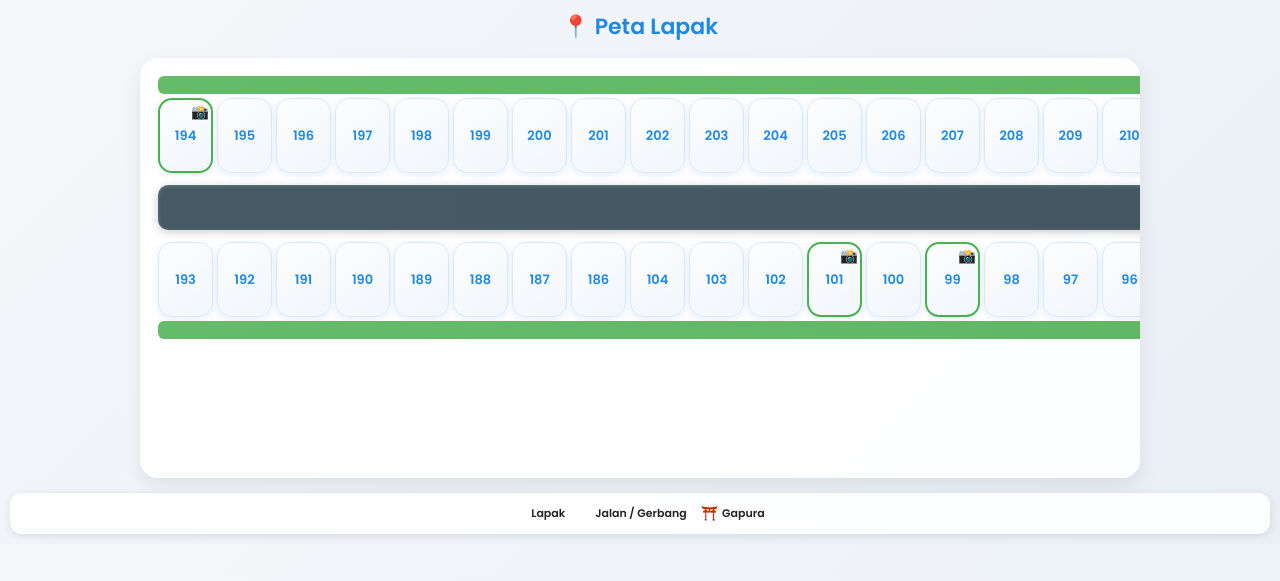
Repository: pasarrakyatbak/denah
Page: index.html
An editor plug-in stored every save of this project. The page is shown before and after a run of saves, followed by the edit.
The browser window is 1280 px wide. The pictures show the whole page.

Above is the page before, as saved 2025-09-20 10:51:44.

### index.html
<!DOCTYPE html>
<html lang="id">

<head>
    <meta charset="utf-8" />
    <meta name="viewport" content="width=device-width, initial-scale=1" />
    <title>Peta Lapak Modern</title>
    <link href="https://fonts.googleapis.com/css2?family=Poppins:wght@400;600&display=swap" rel="stylesheet">
    <link rel="stylesheet" href="style.css" />
</head>

<body>
    <h1>📍 Peta Lapak</h1>

    <!-- Tooltip -->
    <div class="tooltip" id="tooltip"></div>

    <!-- Grid Container -->
    <div class="scroll-container">
        <div class="h-inner">
            <!-- Rumput kiri -->
            <div class="rumput-wrapper">
                <div class="rumput"></div>
            </div>

            <!-- Lapak kanan (sekarang di atas jalan utama) -->
            <div class="row bottom" id="right-side"></div>
            <!-- Jalan utama -->
            <div class="road-wrapper">
                <div class="road">JALAN UTAMA</div>
            </div>

            <!-- Lapak kiri (sekarang di bawah jalan utama) -->
            <div class="row top" id="left-side"></div>

            <!-- Rumput kanan -->
            <div class="rumput-wrapper">
                <div class="rumput"></div>
            </div>
        </div>
    </div>
    <!-- Modal Foto -->
    <div id="photoModal" class="modal">
        <span class="modal-close" id="modalClose">&times;</span>
        <img class="modal-content" id="modalImg" />
        <div id="caption"></div>
    </div>

    <!-- Legend -->
    <div class="legend">
        <div>
            <div class="legend-color lapak-color"></div> Lapak
        </div>
        <div>
            <div class="legend-color jalan-color"></div> Jalan / Gerbang
        </div>
        <div>
            <div class="legend-icon">⛩️</div> Gapura
        </div>
    </div>
    </div>

    <script src="script.js"></script>
</body>

</html>

### style.css
/* Reset & Base */
* {
    margin: 0;
    padding: 0;
    box-sizing: border-box;
}

body {
    font-family: 'Poppins', sans-serif;
    background: linear-gradient(135deg, #f5f7fa, #e9eff5);
    color: #222;
    padding: 10px;
    text-align: center;
}

h1 {
    font-size: 22px;
    margin-bottom: 15px;
    color: #1e88e5;
    font-weight: 700;
}

/* Scroll container */
.scroll-container {
    width: 100%;
    max-width: 1000px;
    height: 420px;
    overflow: auto;
    background: rgba(255, 255, 255, 0.9);
    border-radius: 18px;
    padding: 18px;
    backdrop-filter: blur(8px);
    box-shadow: 0 8px 20px rgba(0, 0, 0, 0.08);
    margin: auto;
    transition: 0.3s ease;
}

.h-inner {
    display: flex;
    flex-direction: column;
    gap: 4px;
    min-width: max-content;
}

.row {
    display: flex;
    align-items: flex-start;
    flex-wrap: wrap;
    min-width: max-content;
    gap: 4px;
}

/* Lapak compact modern */
.lapak {
    width: 55px;
    height: 75px;
    border-radius: 14px;
    background: linear-gradient(145deg, #fdfdfd, #f1f6fc);
    border: 1px solid #dbe7f5;
    color: #1e88e5;
    font-weight: 600;
    display: flex;
    align-items: center;
    justify-content: center;
    cursor: pointer;
    font-size: 13px;
    transition: all 0.25s ease;
    box-shadow: 0 2px 6px rgba(30, 136, 229, 0.12);
}

.lapak:hover {
    background: linear-gradient(145deg, #1e88e5, #1565c0);
    color: #fff;
    transform: translateY(-5px) scale(1.07);
    box-shadow: 0 8px 18px rgba(30, 136, 229, 0.3);
}

/* Jalan utama */
.road {
    height: 45px;
    background: linear-gradient(90deg, #455a64, #37474f);
    color: #fff;
    display: flex;
    align-items: center;
    justify-content: center;
    border-radius: 10px;
    font-weight: 600;
    font-size: 13px;
    margin: 8px 0;
    letter-spacing: 0.5px;
    box-shadow: inset 0 1px 4px rgba(255, 255, 255, 0.2),
        0 2px 8px rgba(0, 0, 0, 0.2);
}

/* Jalan / Gerbang */
.jalan-gerbang {
    width: 100px;
    height: 35px;
    background: linear-gradient(145deg, #ff9800, #f57c00);
    color: #fff;
    display: flex;
    align-items: center;
    justify-content: center;
    border-radius: 10px;
    font-weight: 600;
    font-size: 12px;
    box-shadow: 0 4px 10px rgba(255, 152, 0, 0.35);
    transition: 0.25s ease;
}

.jalan-gerbang:hover {
    background: linear-gradient(145deg, #fb8c00, #ef6c00);
    transform: translateY(-3px) scale(1.05);
}

/* Gapura lintas jalan */
.gapura-container {
    width: 50px;
    height: 75px;
    display: flex;
    flex-direction: column;
    align-items: center;
    justify-content: center;
    gap: 2px;
}

.gapura-icon {
    font-size: 20px;
}

.gapura-arrow {
    font-size: 14px;
}

/* Rumput */
.rumput-wrapper {
    position: relative;
}

.rumput {
    height: 18px;
    width: 100%;
    background: linear-gradient(90deg, #66bb6a, #43a047);
    border-radius: 6px;
}

/* Legend */
.legend {
    margin-top: 15px;
    background: rgba(255, 255, 255, 0.9);
    padding: 10px 14px;
    border-radius: 12px;
    font-size: 11px;
    font-weight: 600;
    display: flex;
    gap: 14px;
    justify-content: center;
    flex-wrap: wrap;
    box-shadow: 0 2px 8px rgba(0, 0, 0, 0.1);
    backdrop-filter: blur(6px);
}

.legend div {
    display: flex;
    align-items: center;
    gap: 4px;
}

.legend-color {
    width: 12px;
    height: 12px;
    border-radius: 3px;
}

.legend-icon {
    font-size: 14px;
}

/* Modal */
.modal {
    display: none;
    position: fixed;
    z-index: 999;
    padding-top: 60px;
    left: 0;
    top: 0;
    width: 100%;
    height: 100%;
    overflow: auto;
    background-color: rgba(0, 0, 0, 0.8);
}

.modal-content {
    margin: auto;
    display: block;
    max-width: 90%;
    max-height: 80%;
    border-radius: 12px;
}

.modal-close {
    position: absolute;
    top: 20px;
    right: 35px;
    color: #fff;
    font-size: 40px;
    font-weight: bold;
    cursor: pointer;
    transition: 0.3s;
}

.modal-close:hover {
    color: #ff9800;
}

#caption {
    margin: 15px auto;
    text-align: center;
    color: #fff;
    font-size: 16px;
}

/* Tambahkan ini ke CSS */
.lapak.has-photo {
    border: 2px solid #4CAF50;
    /* hijau menandakan ada foto */
    position: relative;
}

.lapak.has-photo::after {
    content: "📸";
    /* ikon kamera */
    position: absolute;
    top: 2px;
    right: 2px;
    font-size: 0.9rem;
}

/* Responsive */
/* Responsif HP kecil */
@media (max-width: 480px) {
    .lapak {
        width: 42px;
        height: 60px;
        font-size: 10px;
    }
}

/* Responsif Tablet */
@media (min-width: 481px) and (max-width: 1024px) {
    .lapak {
        width: 50px;
        height: 70px;
        font-size: 12px;
    }
}

/* Desktop normal */
@media (min-width: 1025px) {
    .lapak {
        width: 55px;
        height: 75px;
        font-size: 13px;
    }
}

### script.js
// DATA NOMOR
const leftNumbers = [1, 2, 3, 4, 5, 6, 7, 8, 9, 10, 11, 15, 16, 17, 18, 19, 20, 21, 22, 23, 24, 25, 26, 27, 28, 29, 30, 31, 32, 33, 34, 35, 36, 37, 38, 39, 40, 41, 42, 43, 44, 45, 46, 47, 48, 49, 50, 51, 52, 53, 54, 55, 56, 57, 58, 59, 60, 61, 62, 63, 64, 65, 66, 67, 68, 69, 70, 71, 72, 73, 74, 75, 76, 77, 78, 79, 80, 81, 82, 83, 84, 85, 86, 87, 88, 89, 90, 91, 92, 93, 94, 95, 96, 97, 98, 99, 100, 101, 102, 103, 104, 186, 187, 188, 189, 190, 191, 192, 193];
const rightNumbers = [194, 195, 196, 197, 198, 199, 200, 201, 202, 203, 204, 205, 206, 207, 208, 209, 210, 211, 212, 213, 105, 106, 107, 108, 109, 110, 111, 112, 113, 114, 115, 116, 117, 118, 119, 120, 121, 122, 123, 124, 125, 126, 127, 128, 129, 130, 131, 132, 133, 134, 135, 136, 137, 138, 214, 215, 216, 139, 140, 141, 142, 143, 144, 145, 146, 147, 148, 149, 150, 151, 152, 153, 154, 155, 156, 157, 158, 159, 160, 161, 162, 163, 164, 165, 166, 167, 168, 169, 170, 171, 172, 173, 174, 175, 176, 177, 178, 179, 180, 181, 182, 183, 184, 185];

const rightSide = document.getElementById('right-side');
const leftSide = document.getElementById('left-side');

// Buat lapak
function makeLapak(num) {
    const d = document.createElement('div');
    d.className = 'lapak';
    d.textContent = num;
    return d;
}

rightNumbers.forEach(n => rightSide.appendChild(makeLapak(n)));
leftNumbers.slice().reverse().forEach(n => leftSide.appendChild(makeLapak(n)));

// Gerbang
function insertGerbangBetween(parent, a, b, label = 'Gerbang') {
    const children = Array.from(parent.children);
    const idxA = children.findIndex(c => c.textContent == String(a));
    const idxB = children.findIndex(c => c.textContent == String(b));
    if (idxA === -1 || idxB === -1) return;
    const insertAfterIndex = Math.min(idxA, idxB);
    const refNode = parent.children[insertAfterIndex + 1] || null;
    const g = document.createElement('div');
    g.className = 'jalan-gerbang';
    g.textContent = label;
    parent.insertBefore(g, refNode);
}
insertGerbangBetween(leftSide, 2, 3);
insertGerbangBetween(leftSide, 11, 15);

// Gapura lintas jalan
function insertGapura(leftParent, rightParent, a, b) {
    const idxL = Array.from(leftParent.children).findIndex(c => c.textContent == a);
    const idxR = Array.from(rightParent.children).findIndex(c => c.textContent == b);
    if (idxL === -1 || idxR === -1) return;

    const gapuraBottom = document.createElement('div');
    gapuraBottom.className = 'gapura-container';
    gapuraBottom.innerHTML = `<div class="gapura-icon">⛩️</div><div class="gapura-arrow">⬆️</div>`;
    leftParent.insertBefore(gapuraBottom, leftParent.children[idxL + 1]);

    const gapuraTop = document.createElement('div');
    gapuraTop.className = 'gapura-container';
    gapuraTop.innerHTML = `<div class="gapura-arrow">⬇️</div><div class="gapura-icon">⛩️</div>`;
    rightParent.insertBefore(gapuraTop, rightParent.children[idxR]);
}
insertGapura(leftSide, rightSide, 57, 146);

// Jalan
function insertJalan(parent, a, b, label = 'Jalan') {
    const idxA = Array.from(parent.children).findIndex(c => c.textContent == a);
    const idxB = Array.from(parent.children).findIndex(c => c.textContent == b);
    if (idxA === -1 || idxB === -1) return;
    const insertAfter = Math.min(idxA, idxB);
    const refNode = parent.children[insertAfter + 1] || null;
    const jalan = document.createElement('div');
    jalan.className = 'jalan-gerbang';
    jalan.textContent = label;
    parent.insertBefore(jalan, refNode);
}

// Contoh insert
insertJalan(rightSide, 156, 157);
insertJalan(rightSide, 216, 139);
insertJalan(rightSide, 163, 164);
insertJalan(rightSide, 180, 181);

const tooltip = document.getElementById('tooltip');

function showTooltip(e, text) {
    tooltip.textContent = text;
    tooltip.style.left = e.pageX + 10 + 'px';
    tooltip.style.top = e.pageY + 10 + 'px';
    tooltip.style.opacity = 1;
}

function hideTooltip() {
    tooltip.style.opacity = 0;
}

// Tambahkan tooltip untuk setiap elemen
document.querySelectorAll('.lapak').forEach(el => {
    el.addEventListener('mouseenter', e => showTooltip(e, 'Lapak #' + el.textContent));
    el.addEventListener('mousemove', e => showTooltip(e, 'Lapak #' + el.textContent));
    el.addEventListener('mouseleave', hideTooltip);
});

document.querySelectorAll('.jalan-gerbang').forEach(el => {
    el.addEventListener('mouseenter', e => showTooltip(e, 'Jalan / Gerbang: ' + el.textContent));
    el.addEventListener('mousemove', e => showTooltip(e, 'Jalan / Gerbang: ' + el.textContent));
    el.addEventListener('mouseleave', hideTooltip);
});
document.querySelectorAll('.gapura-container').forEach(el => {
    el.addEventListener('mouseenter', e => showTooltip(e, 'Gapura Lintas Jalan'));
    el.addEventListener('mousemove', e => showTooltip(e, 'Gapura Lintas Jalan'));
    el.addEventListener('mouseleave', hideTooltip);
});
// Mapping foto tiap lapak (contoh)
const lapakPhotos = {
    2: 'images/lapak2.jpg',
    3: 'images/lapak3.jpg',
    11: 'images/lapak11.jpg',
    29: 'images/lapak29.jpg',
    37: 'images/lapak37.jpg',
    51: 'images/lapak51.jpg',
    57: 'images/lapak57.jpg',
    61: 'images/lapak61.jpg',
    70: 'images/lapak70.jpg',
    83: 'images/lapak83.jpg',
    84: 'images/lapak84.jpg',
    86: 'images/lapak86.jpg',
    99: 'images/lapak99.jpg',
    101: 'images/lapak108.jpg',
    124: 'images/lapak124.jpg',
    137: 'images/lapak137.jpg',
    139: 'images/lapak139.jpg',
    140: 'images/lapak140.jpg',
    145: 'images/lapak145.jpg',
    151: 'images/lapak151.jpg',
    153: 'images/lapak153.jpg',
    157: 'images/lapak157.jpg',
    163: 'images/lapak163.jpg',
    168: 'images/lapak168.jpg',
    194: 'images/lapak37.jpg'
    // Tambahkan sesuai kebutuhan
};

const modal = document.getElementById('photoModal');
const modalImg = document.getElementById('modalImg');
const caption = document.getElementById('caption');
const modalClose = document.getElementById('modalClose');

// Klik lapak
document.querySelectorAll('.lapak').forEach(el => {
    el.addEventListener('click', () => {
        const num = el.textContent;
        if (lapakPhotos[num]) {
            modal.style.display = 'block';
            modalImg.src = lapakPhotos[num];
            caption.textContent = 'Lapak #' + num;
        } else {
            alert('Foto belum tersedia untuk lapak #' + num);
        }
    });
});

// Tutup modal
modalClose.addEventListener('click', () => {
    modal.style.display = 'none';
});

// Tutup modal saat klik luar gambar
window.addEventListener('click', e => {
    if (e.target === modal) {
        modal.style.display = 'none';
    }
});
// Setelah membuat semua lapak, tandai yang ada fotonya
document.querySelectorAll('.lapak').forEach(el => {
    const num = el.textContent;
    if (lapakPhotos[num]) {
        el.classList.add('has-photo'); // tambahkan kelas
    }
});

After the next 4 saves:
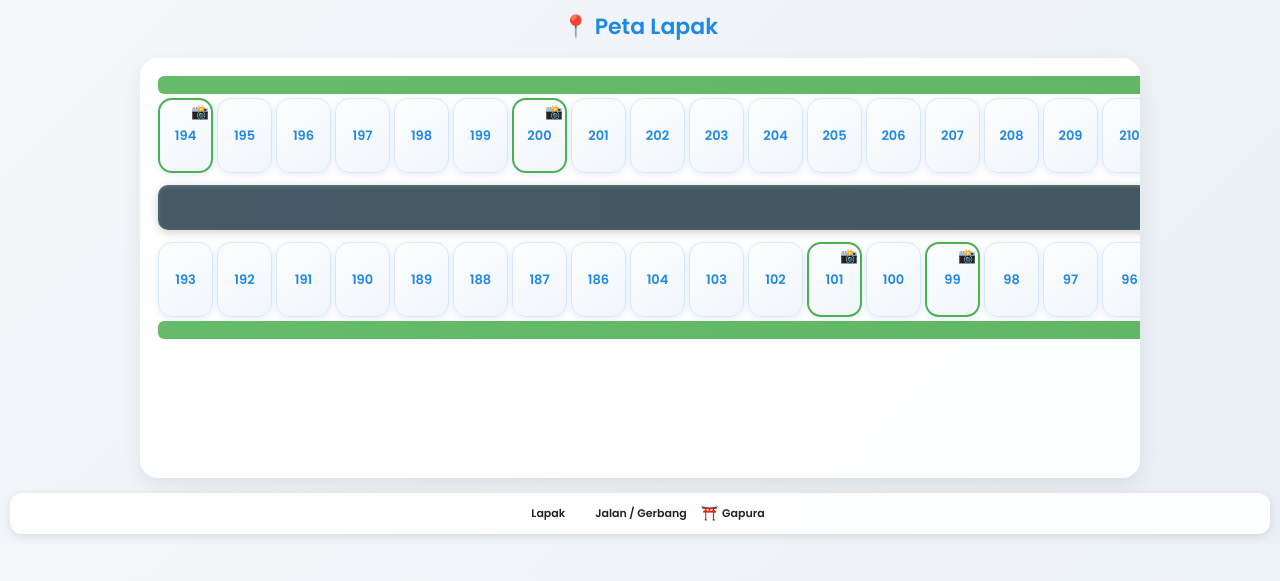
The 4 saves are shown as one change because they came seconds apart.
The last was saved 13 s later.
--- a/script.js
+++ b/script.js
@@ -125,7 +125,8 @@ const lapakPhotos = {
     157: 'images/lapak157.jpg',
     163: 'images/lapak163.jpg',
     168: 'images/lapak168.jpg',
-    194: 'images/lapak37.jpg'
+    194: 'images/lapak194.jpg',
+    200: 'images/lapak200.jpg'
     // Tambahkan sesuai kebutuhan
 };
 
